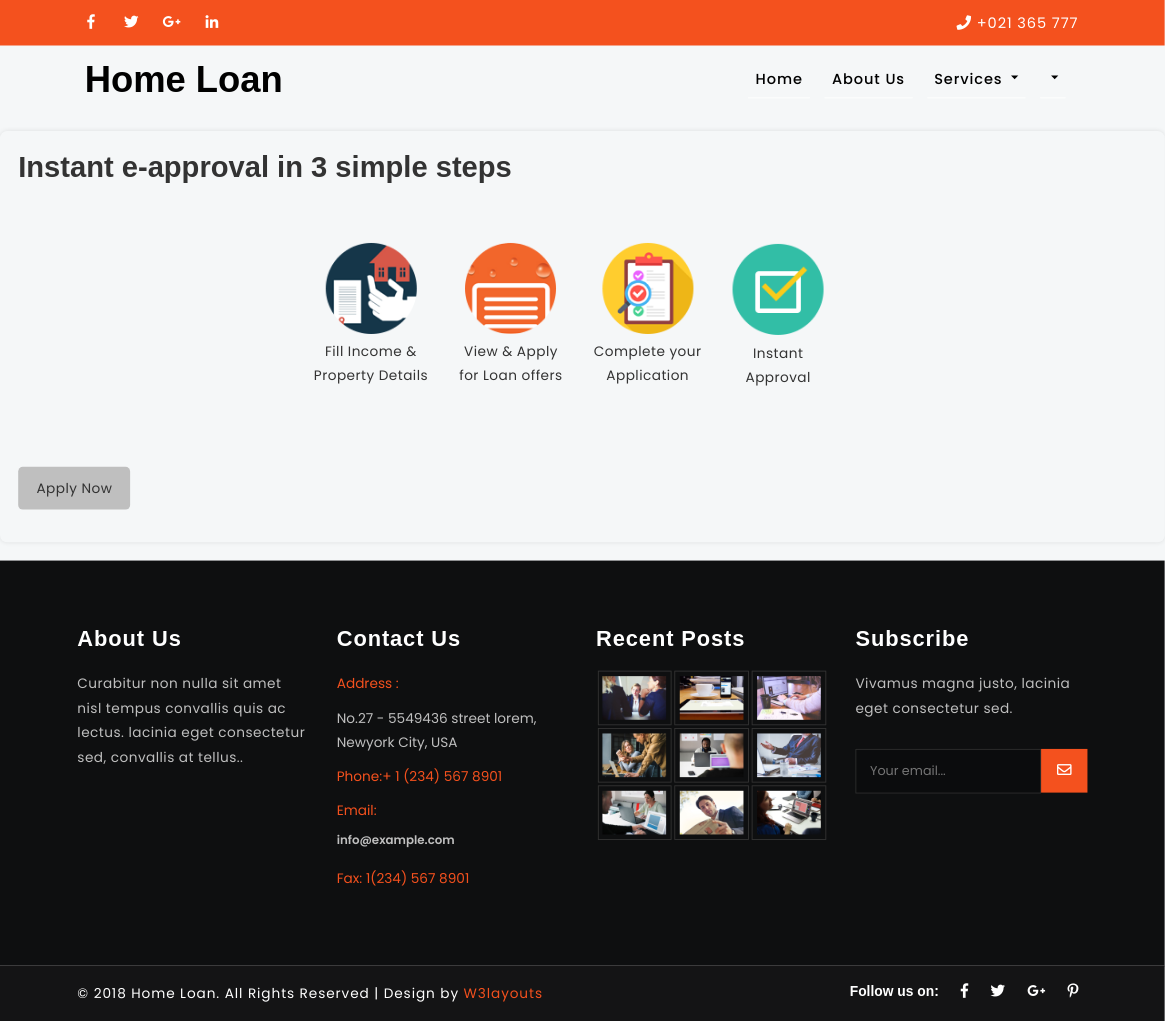
Repository: 72-faisal/Spring-MVC-project
Page: http://localhost/HomeLoan/WEB-INF/views/LoanApplyOnline.jsp
These files come from the project's save history. The page is drawn as it stood at one moment and after the next save; the edit follows.
The browser window is 1280 px wide. The pictures show the whole page, at 91% of full size.
Some web fonts or font styles are not loaded; a fallback is used. The page is served by Tomcat 9. Nobody is signed in. Other server files are loaded and not shown. The template is opened directly, without the code that normally fills it, so the values that code supplies are empty.

Above is the page before, as saved 2023-12-28 06:19:28.

### HomeLoan/src/main/webapp/WEB-INF/views/LoanApplyOnline.jsp
<%@ page language="java" contentType="text/html; charset=ISO-8859-1"
	pageEncoding="ISO-8859-1"%>
<%@ page isELIgnored="false"%>
<!DOCTYPE html>
<html>
<head>
<meta charset="ISO-8859-1">
<title>Home Loan a Banking Category Flat Bootstrap Responsive
	Website Template | Services :: w3layouts</title>
<style type="text/css">
/* Global Styles */
body {
	font-family: 'Poppins', sans-serif;
	margin: 0;
	padding: 0;
	background-color: #f5f5f5;
}

/* Header Styles */
/*   header {
        background-color: #333;
        color: #fff;
        padding: 10px 0;
    } */
.top {
	background-color: #555;
	padding: 5px 0;
}

.top-middle ul, .top-left ul {
	padding: 0;
	margin: 0;
	list-style: none;
}

.top-middle ul li, .top-left ul li {
	display: inline;
	margin-right: 10px;
}

/* Apply Online Section Styles */
.apply-online {
	/* background-color: #fff; */
	padding: 20px;
	margin: 20px 0;
	border-radius: 8px;
	box-shadow: 0 0 6px rgba(0, 0, 0, 0.1);
}

.apply-online h2 span {
	color: #333;
}

.apply-online ul {
	list-style: none;
	padding: 60px;
	margin: 0;
	text-align: center;
}

.apply-online ul li {
	display: inline-block;
	margin-right: 30px;
	vertical-align: top;
}

.apply-online ul li img {
	max-width: 100%;
}

.apply-online ul li p {
	margin: 5px 0;
}

.apply-online .apply-btn {
	background-color: #bfbfbf;
	color: #fff;
	padding: 10px 20px;
	text-decoration: none;
	border-radius: 5px;
	display: inline-block;
	margin-top: 20px;
	    text-align: center;
}

/* Footer Styles */
/*  footer {
        background-color: #f1f1f1;
        color: #fff;
        text-align: center;
        padding: 10px 0;
        margin-top: 20px;
    } */
</style>
<!-- Additional stylesheets -->
<title>Home Loan a Banking Category Flat Bootstrap Responsive
	Website Template | Services :: w3layouts</title>
<meta name="viewport" content="width=device-width, initial-scale=1">
<meta charset="utf-8">
<meta name="keywords"
	content="Home Loan Responsive web template, Bootstrap Web Templates, Flat Web Templates, Android Compatible web template,
SmartPhone Compatible web template, free WebDesigns for Nokia, Samsung, LG, SonyEricsson, Motorola web design" />
<script>
	addEventListener("load", function() {
		setTimeout(hideURLbar, 0);
	}, false);

	function hideURLbar() {
		window.scrollTo(0, 1);
	}
</script>

<!-- Bootstrap Core CSS -->
<link href="<%=request.getContextPath()%>/resources/css/bootstrap.css"
	rel='stylesheet' type='text/css' />
<link href="<%=request.getContextPath()%>/resources/css/style.css"
	rel='stylesheet' type='text/css' />
<!-- font-awesome icons -->
<link
	href="<%=request.getContextPath()%>/resources/css/fontawesome-all.min.css"
	rel="stylesheet">
<!-- //Custom Theme files -->
<!-- online fonts -->
<!-- titles -->
<link
	href="//fonts.googleapis.com/css?family=Raleway:300,400,500,600,700,800,900"
	rel="stylesheet">
<!-- body -->
<link
	href="//fonts.googleapis.com/css?family=Poppins:400,500,600,700,800"
	rel="stylesheet">
</head>

<body>

	<!-- header -->
	<header>
		<div class="top">
			<div class="container">
				<div class="t-op row">
					<div class="col-sm-6 top-middle">
						<ul>
							<li><a href="#"><i class="fab fa-facebook-f"></i></a></li>
							<li><a href="#"><i class="fab fa-twitter"></i></a></li>
							<li><a href="#"><i class="fab fa-google-plus-g"></i></a></li>
							<li><a href="#"><i class="fab fa-linkedin-in"></i></a></li>
						</ul>
					</div>
					<div class="col-sm-6 top-left">
						<ul>
							<li><i class="fas fa-phone"></i> +021 365 777</li>
						</ul>
					</div>
				</div>
			</div>
		</div>
		<div class="container">
			<nav class="navbar navbar-expand-lg navbar-light">
				<h1>
					<a class="navbar-brand text-capitalize" href="index"> Home Loan
					</a>
				</h1>
				<button class="navbar-toggler" type="button" data-toggle="collapse"
					data-target="#navbarSupportedContent"
					aria-controls="navbarSupportedContent" aria-expanded="false"
					aria-label="Toggle navigation">
					<span class="navbar-toggler-icon"></span>
				</button>

				<div class="collapse navbar-collapse" id="navbarSupportedContent">
					<ul class="navbar-nav text-center  ml-lg-auto">
						<li class="nav-item mr-3"><a class="nav-link" href="index">Home
								<span class="sr-only">(current)</span>
						</a></li>
						<li class="nav-item  mr-3"><a class="nav-link" href="about">About
								Us</a></li>

						<li class="nav-item dropdown mr-3"><a
							class="nav-link dropdown-toggle" href="#" id="navbarDropdown"
							role="button" data-toggle="dropdown" aria-haspopup="true"
							aria-expanded="false"> Services </a>
							<div class="dropdown-menu" aria-labelledby="navbarDropdown">
								<a class="dropdown-item" href="LoanApplyOnline">Apply Online</a>
								<a class="dropdown-item" href="LoanApprovedProject">Approved
									Project</a> <a class="dropdown-item" href="LoanCalculator">Loan
									Calculator</a>
							</div></li>
						<li class="nav-item dropdown mr-3"><a
							class="nav-link dropdown-toggle" href="#" id="navbarDropdown"
							role="button" data-toggle="dropdown" aria-haspopup="true"
							aria-expanded="false"> ${user.name } </a>
							<div class="dropdown-menu" aria-labelledby="navbarDropdown">
								<a class="dropdown-item" href="UserProfile">Profile</a> <a
									class="dropdown-item" href="UserChangePassword">Change
									Password</a> <a class="dropdown-item" href="UserLogout">Logout</a>
							</div></li>
						<!-- 	<li class="nav-item">
							<a class="nav-link" href="contact">contact</a>
						</li> -->
					</ul>
				</div>
			</nav>
		</div>
	</header>
	<!-- //header -->

	<!-- Apply Online Section -->
	<div
		class="apply-online resp-tab-content hor_1 resp-tab-content-active"
		aria-labelledby="hor_1_tab_item-2" style="display: block">
		<h2>
			<span>Instant e-approval in 3 simple steps</span>
		</h2>
		<ul>
			<li>
				<p>
					<img
						src="<%=request.getContextPath()%>/resources/images/apply-img1.png"
						alt="Property Details" title="Property Details">
				</p>
				<p>
					Fill Income &amp; <br>Property Details
				</p>
			</li>
			<li>
				<p>
					<img
						src="<%=request.getContextPath()%>/resources/images/apply-img2.png"
						alt="View &amp; Apply for Loan offers"
						title="View &amp; Apply for Loan offers">
				</p>
				<p>
					View &amp; Apply <br>for Loan offers
				</p>
			</li>
			<li>
				<p>
					<img
						src="<%=request.getContextPath()%>/resources/images/apply-img3.png"
						alt="Complete your Application" title="Complete your Application">
				</p>
				<p>
					Complete your <br>Application
				</p>
			</li>
			<li>
				<p>
					<img
						src="<%=request.getContextPath()%>/resources/images/apply-img4.png"
						alt="Instant Approval" title="Instant Approval">
				</p>
				<p>
					Instant <br>Approval
				</p>
			</li>
		</ul>
		<!-- <p>&nbsp;</p>
		<p>&nbsp;</p> -->
		<p class="txt-center">
			<a class="apply-btn">Apply Now <i class="arrow-icon"></i></a>
		</p>
	</div>

	<!--footer-->
	<footer>
		<div class="container py-md-4 mt-md-3">
			<div class="row footer-top-w3layouts-agile py-5">
				<div class="col-lg-3 col-md-6 col-sm-6 footer-grid">
					<div class="footer-title">
						<h3>About Us</h3>
					</div>
					<div class="footer-text">
						<p>Curabitur non nulla sit amet nisl tempus convallis quis ac
							lectus. lacinia eget consectetur sed, convallis at tellus..</p>

					</div>
				</div>
				<div class="col-lg-3 col-md-6 col-sm-6 footer-grid">
					<div class="footer-title">
						<h3>Contact Us</h3>
					</div>
					<div class="footer-office-hour">
						<ul>
							<li class="hd">Address :</li>
							<li>No.27 - 5549436 street lorem, Newyork City, USA</li>

						</ul>
						<ul>
							<li class="hd">Phone:+ 1 (234) 567 8901</li>
							<li class="hd">Email: <a href="mailto:info@example.com">info@example.com</a>
							</li>
							<li class="hd">Fax: 1(234) 567 8901</li>
						</ul>
					</div>
				</div>
				<div class="col-lg-3 col-md-6 col-sm-6 footer-grid">
					<div class="footer-title">
						<h3>Recent Posts</h3>
					</div>
					<div class="footer-list">
						<div class="flickr-grid">
							<a href="#" data-toggle="modal" data-target="#myModal"> <img
								src="<%=request.getContextPath()%>/resources/images/g1.jpg"
								class="img-fluid" alt=" ">
							</a>
						</div>
						<div class="flickr-grid">
							<a href="#" data-toggle="modal" data-target="#myModal"> <img
								src="<%=request.getContextPath()%>/resources/images/g2.jpg"
								class="img-fluid" alt=" ">
							</a>
						</div>
						<div class="flickr-grid">
							<a href="#" data-toggle="modal" data-target="#myModal"> <img
								src="<%=request.getContextPath()%>/resources/images/g3.jpg"
								class="img-fluid" alt=" ">
							</a>
						</div>
						<div class="flickr-grid">
							<a href="#" data-toggle="modal" data-target="#myModal"> <img
								src="<%=request.getContextPath()%>/resources/images/g4.jpg"
								class="img-fluid" alt=" ">
							</a>
						</div>
						<div class="flickr-grid">
							<a href="#" data-toggle="modal" data-target="#myModal"> <img
								src="<%=request.getContextPath()%>/resources/images/g5.jpg"
								class="img-fluid" alt=" ">
							</a>
						</div>
						<div class="flickr-grid">
							<a href="#" data-toggle="modal" data-target="#myModal"> <img
								src="<%=request.getContextPath()%>/resources/images/g6.jpg"
								class="img-fluid" alt=" ">
							</a>
						</div>
						<div class="flickr-grid">
							<a href="#" data-toggle="modal" data-target="#myModal"> <img
								src="<%=request.getContextPath()%>/resources/images/g7.jpg"
								class="img-fluid" alt=" ">
							</a>
						</div>
						<div class="flickr-grid">
							<a href="#" data-toggle="modal" data-target="#myModal"> <img
								src="<%=request.getContextPath()%>/resources/images/g9.jpg"
								class="img-fluid" alt=" ">
							</a>
						</div>
						<div class="flickr-grid">
							<a href="#" data-toggle="modal" data-target="#myModal"> <img
								src="<%=request.getContextPath()%>/resources/images/g8.jpg"
								class="img-fluid" alt=" ">
							</a>
						</div>
						<div class="clearfix"></div>
					</div>
				</div>
				<div class="col-lg-3 col-md-6 col-sm-6 footer-grid">
					<div class="footer-title">
						<h3>Subscribe</h3>
					</div>
					<p>Vivamus magna justo, lacinia eget consectetur sed.</p>
					<form action="#" method="post" class="newsletter">
						<input class="email" type="email" placeholder="Your email..."
							required="">
						<button class="btn1">
							<i class="far fa-envelope"></i>
						</button>
					</form>
					<div class="clearfix"></div>
				</div>
			</div>
		</div>
	</footer>
	<!---->
	<div class="copyright py-3">
		<div class="container">
			<div class="copyrighttop">
				<ul>
					<li>
						<h4>Follow us on:</h4>
					</li>
					<li><a class="facebook" href="#"> <i
							class="fab fa-facebook-f"></i>
					</a></li>
					<li><a class="facebook" href="#"> <i
							class="fab fa-twitter"></i>
					</a></li>
					<li><a class="facebook" href="#"> <i
							class="fab fa-google-plus-g"></i>
					</a></li>
					<li><a class="facebook" href="#"> <i
							class="fab fa-pinterest-p"></i>
					</a></li>
				</ul>
			</div>
			<div class="copyrightbottom">
				<p>
					© 2018 Home Loan. All Rights Reserved | Design by <a
						href="http://w3layouts.com/">W3layouts</a>
				</p>
			</div>
			<div class="clearfix"></div>
		</div>
	</div>
	<!-- Modal -->
	<div class="modal fade" id="myModal" tabindex="-1" role="dialog"
		aria-labelledby="exampleModalCenterTitle" aria-hidden="true">
		<div class="modal-dialog modal-dialog-centered" role="document">
			<div class="modal-content">
				<div class="modal-header">
					<h4 class="modal-title">Home Loan</h4>
					<button type="button" class="close" data-dismiss="modal"
						aria-label="Close">
						<span aria-hidden="true">&times;</span>
					</button>
				</div>
				<div class="modal-body">
					<div class="agileits-w3layouts-info">
						<img src="<%=request.getContextPath()%>/resources/images/g6.jpg"
							class="img-fluid" alt="" />
						<p>Duis venenatis, turpis eu bibendum porttitor, sapien quam
							ultricies tellus, ac rhoncus risus odio eget nunc. Pellentesque
							ac fermentum diam. Integer eu facilisis nunc, a iaculis felis.
							Pellentesque pellentesque tempor enim, in dapibus turpis
							porttitor quis.</p>
					</div>
				</div>
				<div class="modal-footer">
					<button type="button" class="btn btn-secondary"
						data-dismiss="modal">Close</button>
					<button type="button" class="btn btn-primary">Save changes</button>
				</div>
			</div>
		</div>
	</div>
	<!-- //Modal -->
	<!-- js-->
	<script
		src="<%=request.getContextPath()%>/resources/js/jquery-2.2.3.min.js"></script>
	<!-- js-->
	<!-- Bootstrap Core JavaScript -->
	<script
		src="<%=request.getContextPath()%>/resources/js/bootstrap.js ">

	</script>
	<!-- //Bootstrap Core JavaScript -->

</body>
</html>

Loaded but not shown: HomeLoan/src/main/webapp/WEB-INF/resources/assets/css/bootstrap.css (library); HomeLoan/src/main/webapp/WEB-INF/resources/assets/css/fontawesome-all.min.css (library); HomeLoan/src/main/webapp/WEB-INF/resources/assets/js/jquery-2.2.3.min.js (library); HomeLoan/src/main/webapp/WEB-INF/resources/assets/js/bootstrap.js (library); HomeLoan/src/main/webapp/WEB-INF/resources/assets/css/style.css (2094 lines, source omitted)

After the next save:
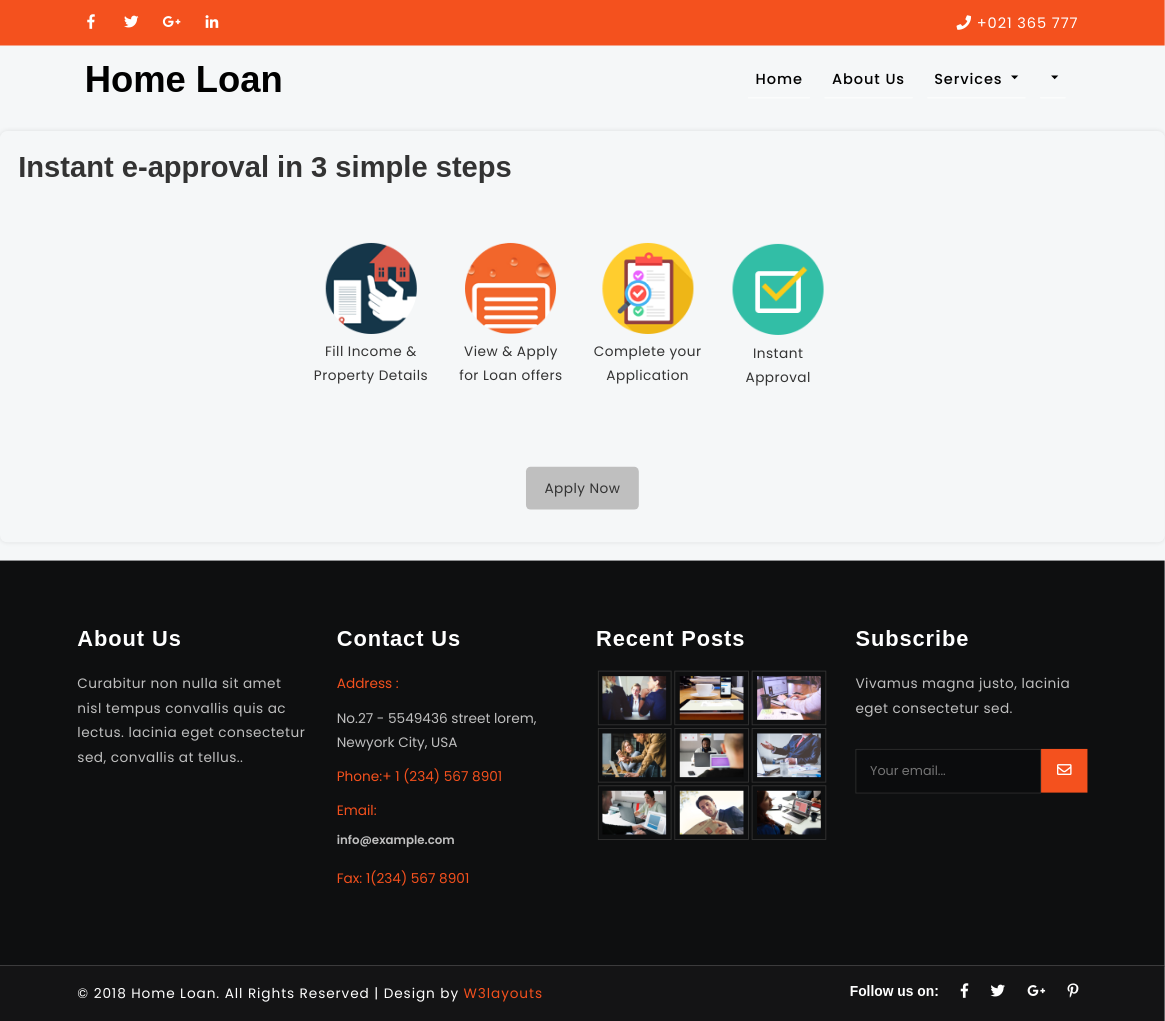
Saved 38 s later.
--- a/HomeLoan/src/main/webapp/WEB-INF/views/LoanApplyOnline.jsp
+++ b/HomeLoan/src/main/webapp/WEB-INF/views/LoanApplyOnline.jsp
@@ -80,7 +80,7 @@ body {
 	border-radius: 5px;
 	display: inline-block;
 	margin-top: 20px;
-	    text-align: center;
+
 }
 
 /* Footer Styles */
@@ -256,7 +256,7 @@ SmartPhone Compatible web template, free WebDesigns for Nokia, Samsung, LG, Sony
 		</ul>
 		<!-- <p>&nbsp;</p>
 		<p>&nbsp;</p> -->
-		<p class="txt-center">
+		<p class="txt-center" style="text-align: center;">
 			<a class="apply-btn">Apply Now <i class="arrow-icon"></i></a>
 		</p>
 	</div>
